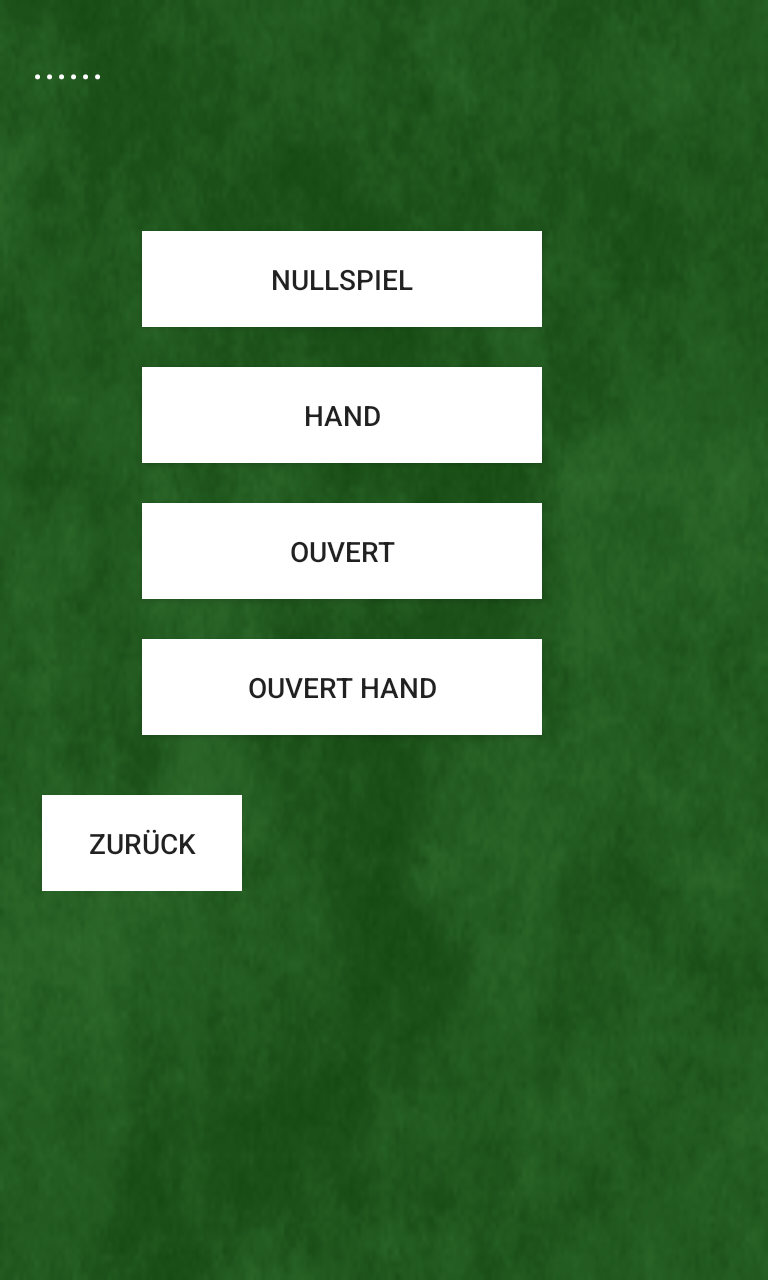
Repository: razinanu/InSy-Skat
Layout: InSy-Skat/res/layout/fragment_null_s.xml
These files come from the project's save history. The layout is drawn as it stood at one moment and after the next save; the edit follows.
It is drawn on a 768 x 1280 px phone screen (xhdpi) without system bars, with theme AppThemeWithoutActionBarTitle; the app's code is not run.

Above is the layout before, as saved 2014-06-22 13:05:22.

### InSy-Skat/res/layout/fragment_null_s.xml
<ScrollView xmlns:android="http://schemas.android.com/apk/res/android"
    xmlns:tools="http://schemas.android.com/tools"
    android:layout_width="match_parent"
    android:layout_height="match_parent"
    android:paddingBottom="@dimen/activity_vertical_margin"
    android:paddingLeft="@dimen/activity_horizontal_margin"
    android:paddingRight="@dimen/activity_horizontal_margin"
    android:paddingTop="@dimen/activity_vertical_margin"
    android:background="@drawable/hintergrundapp"
    tools:context="com.example.insy_skat.NullSPActivity$PlaceholderFragment" >


        <LinearLayout
            android:layout_width="match_parent"
            android:layout_height="wrap_content"
            android:orientation="vertical"
           >

            <TextView
                android:id="@+id/bubenAuswahlText"
                android:layout_width="wrap_content"
                android:layout_height="wrap_content"
                android:text="@string/nullspiel"
                android:textAppearance="?android:attr/textAppearanceLarge"
                android:textColor="#ffffff" />

            <Button
                android:id="@+id/nullsp"
                android:layout_width="200dp"
                android:layout_height="wrap_content"
                android:text="@string/nullString"
                android:onClick="resultNullActivity"
                android:gravity="center"
                android:layout_marginTop="70dp"
                android:layout_marginLeft="55dp"
                android:background="#ffffff" />

             <Button
                android:id="@+id/nullH"
                android:layout_height="wrap_content"
                android:layout_marginTop="20dp"
                android:layout_width="200dp"
                android:layout_marginLeft="55dp"
                android:onClick="resultNullHActivity"
                android:text="@string/nullH"
                android:background="#ffffff" />

             <Button
                 android:id="@+id/nullou"
                android:layout_height="wrap_content"
                android:layout_marginTop="20dp"
                android:layout_width="200dp"
                android:layout_marginLeft="55dp"
                android:onClick="resultNullOuActivity"
                android:text="@string/nullou"
                android:background="#ffffff" />

             <Button
                android:id="@+id/nullouH"
                android:layout_height="wrap_content"
                android:layout_marginTop="20dp"
                android:layout_width="200dp"
                android:onClick="resultNullOuHActivity"
                android:layout_marginLeft="55dp"
                android:text="@string/nullouH"
                android:background="#ffffff" />
             <Button
           android:id="@+id/backbutton"
           android:layout_width="wrap_content"
           android:layout_height="wrap_content"
           android:layout_marginLeft="5dp"
           android:background="#ffffff"
           android:onClick="backToPrevActivity"
           android:text="@string/zurueck"
            android:layout_marginTop="30dp"

           android:width="100dp" />

        </LinearLayout>


</ScrollView>

### InSy-Skat/res/values/strings.xml
<?xml version="1.0" encoding="utf-8"?>
<resources>

    <string name="app_name">Reizassistent</string>
    <string name="action_settings">Settings</string>
    <string name="zurueck">Zurück</string>
    <string name="weiter">Weiter</string>
    <string name="menue">Menü</string>
    <string name="abbrechen">Beenden</string>
    <string name="farbspielGrand">Farbspiel/Grand</string>
    <string name="nullString">Nullspiel</string>
    <string name="grand">Grand</string>
    <string name="reizassistent">Reizassistent</string>
    <string name="bubenAuswaehlen">Buben Auswählen</string>
    <string name="farbenAuswahl">Farbe Auswählen</string>
    <string name="reizenTabelle">Reiztabelle</string>
    <string name="title_activity_selected_soldiers">SelectedSoldiers</string>
    <string name="title_activity_farben_auswahl">FarbenAuswahl</string>
    <string name="title_activity_result">ResultActivity</string>
    <string name="info_title">Zusätzliche Informationen</string>
    <string name="home_title">Hauptmenü</string>
    <string name="title_activity_null_sp">NullSPActivity</string>
    <string name="nullspiel">......</string>
     <string name="nullH">Hand</string>
     <string name="nullou">Ouvert</string>
     <string name="nullouH">Ouvert Hand</string>

</resources>

Loaded but not shown: InSy-Skat/res/values-v11/styles.xml (common file); InSy-Skat/res/values/styles.xml (common file); InSy-Skat/res/values-v14/styles.xml (common file); InSy-Skat/res/values/dimens.xml (common file); InSy-Skat/res/values-w820dp/dimens.xml (common file)

After the next save:
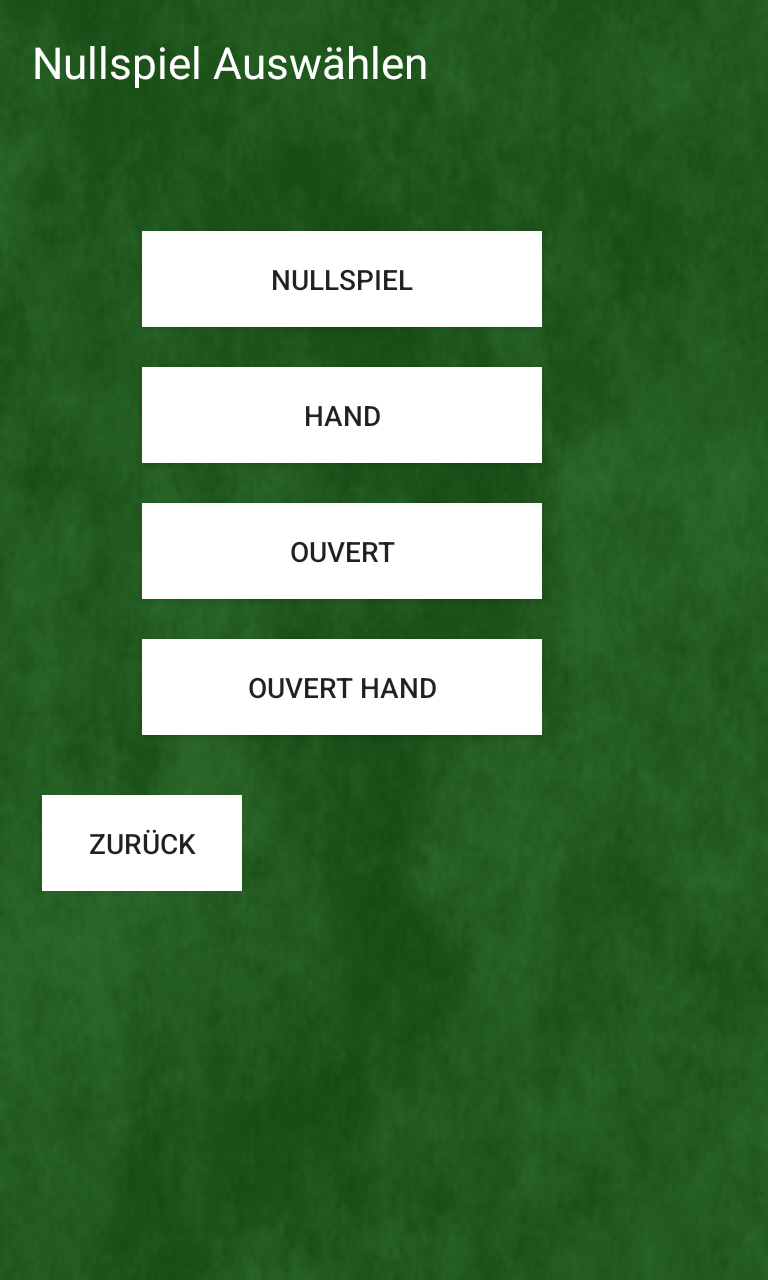
Saved 3 min 44 s later.
--- a/InSy-Skat/res/values/strings.xml
+++ b/InSy-Skat/res/values/strings.xml
@@ -20,7 +20,7 @@
     <string name="info_title">Zusätzliche Informationen</string>
     <string name="home_title">Hauptmenü</string>
     <string name="title_activity_null_sp">NullSPActivity</string>
-    <string name="nullspiel">......</string>
+    <string name="nullspiel">Nullspiel Auswählen</string>
      <string name="nullH">Hand</string>
      <string name="nullou">Ouvert</string>
      <string name="nullouH">Ouvert Hand</string>
